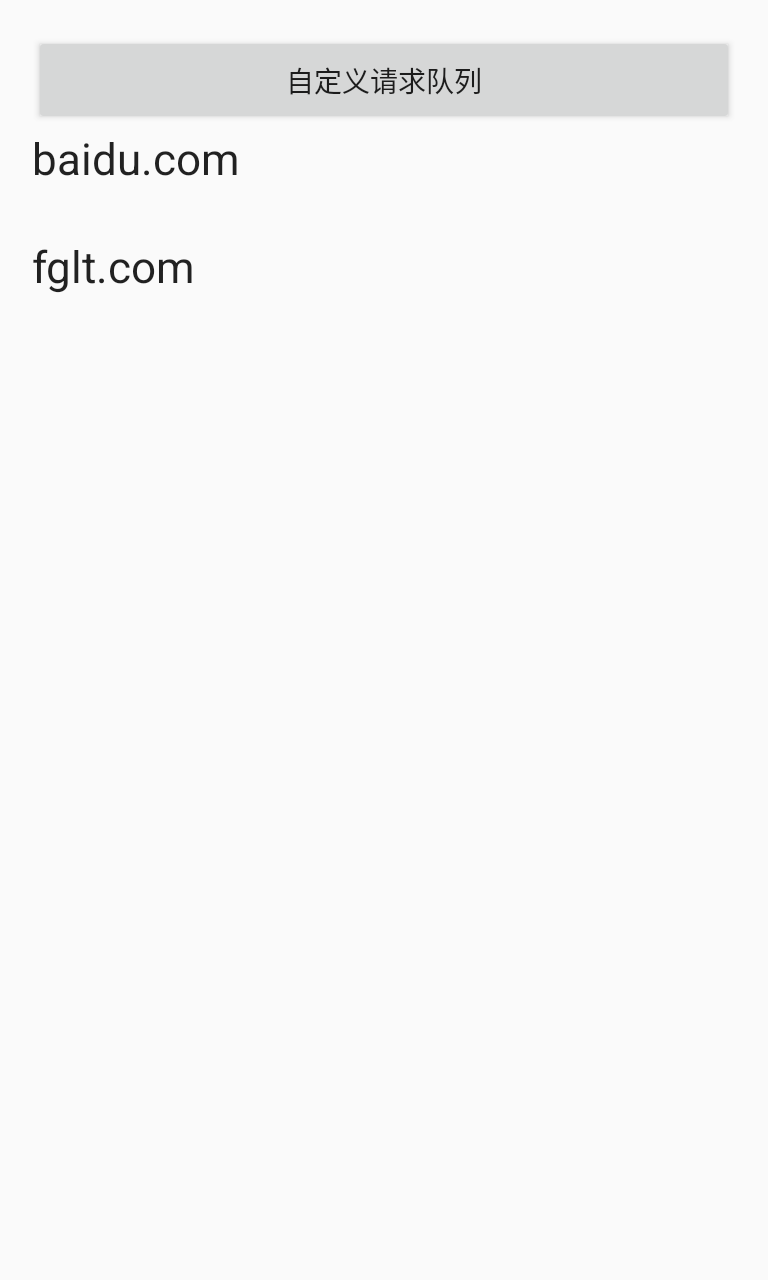
Repository: xiaoniao/home
Layout: android_training/VolleyTraing/res/layout/activity_main.xml
An editor plug-in stored every save of this project. The layout is shown before and after the next save, followed by the edit.
It is drawn on a 768 x 1280 px phone screen (xhdpi) without system bars, with theme AppTheme; the app's code is not run.

Above is the layout before, as saved 2014-09-04 14:00:18.

### android_training/VolleyTraing/res/layout/activity_main.xml
<ScrollView xmlns:android="http://schemas.android.com/apk/res/android"
    xmlns:tools="http://schemas.android.com/tools"
    android:layout_width="match_parent"
    android:layout_height="wrap_content"
    android:paddingBottom="@dimen/activity_vertical_margin"
    android:paddingLeft="@dimen/activity_horizontal_margin"
    android:paddingRight="@dimen/activity_horizontal_margin"
    android:paddingTop="@dimen/activity_vertical_margin"
    tools:context="com.example.volleytraing.MainActivity" >

    <RelativeLayout
        android:layout_width="match_parent"
        android:layout_height="wrap_content" >

        <Button
            android:id="@+id/custombtn"
            android:layout_width="match_parent"
            android:layout_height="wrap_content"
            android:layout_alignParentTop="true"
            android:text="自定义请求队列" />

        <TextView
            android:id="@+id/textView1"
            android:layout_width="wrap_content"
            android:layout_height="wrap_content"
            android:layout_below="@id/custombtn"
            android:text="baidu.com"
            android:textAppearance="?android:attr/textAppearanceLarge" />

        <TextView
            android:id="@+id/textView2"
            android:layout_width="wrap_content"
            android:layout_height="wrap_content"
            android:layout_below="@+id/textView1"
            android:text=" "
            android:textAppearance="?android:attr/textAppearanceMedium" />

        <TextView
            android:id="@+id/textView3"
            android:layout_width="wrap_content"
            android:layout_height="wrap_content"
            android:layout_below="@+id/textView2"
            android:text="fglt.com"
            android:textAppearance="?android:attr/textAppearanceLarge" />

        <TextView
            android:id="@+id/textView4"
            android:layout_width="wrap_content"
            android:layout_height="wrap_content"
            android:layout_below="@+id/textView3"
            android:layout_marginTop="18dp"
            android:text=" "
            android:textAppearance="?android:attr/textAppearanceMedium" />
    </RelativeLayout>

</ScrollView>

Loaded but not shown: android_training/VolleyTraing/res/values/styles.xml (common file); android_training/VolleyTraing/res/values-v11/styles.xml (common file); android_training/VolleyTraing/res/values-v14/styles.xml (common file); android_training/VolleyTraing/res/values/dimens.xml (common file); android_training/VolleyTraing/res/values-w820dp/dimens.xml (common file)

After the next save:
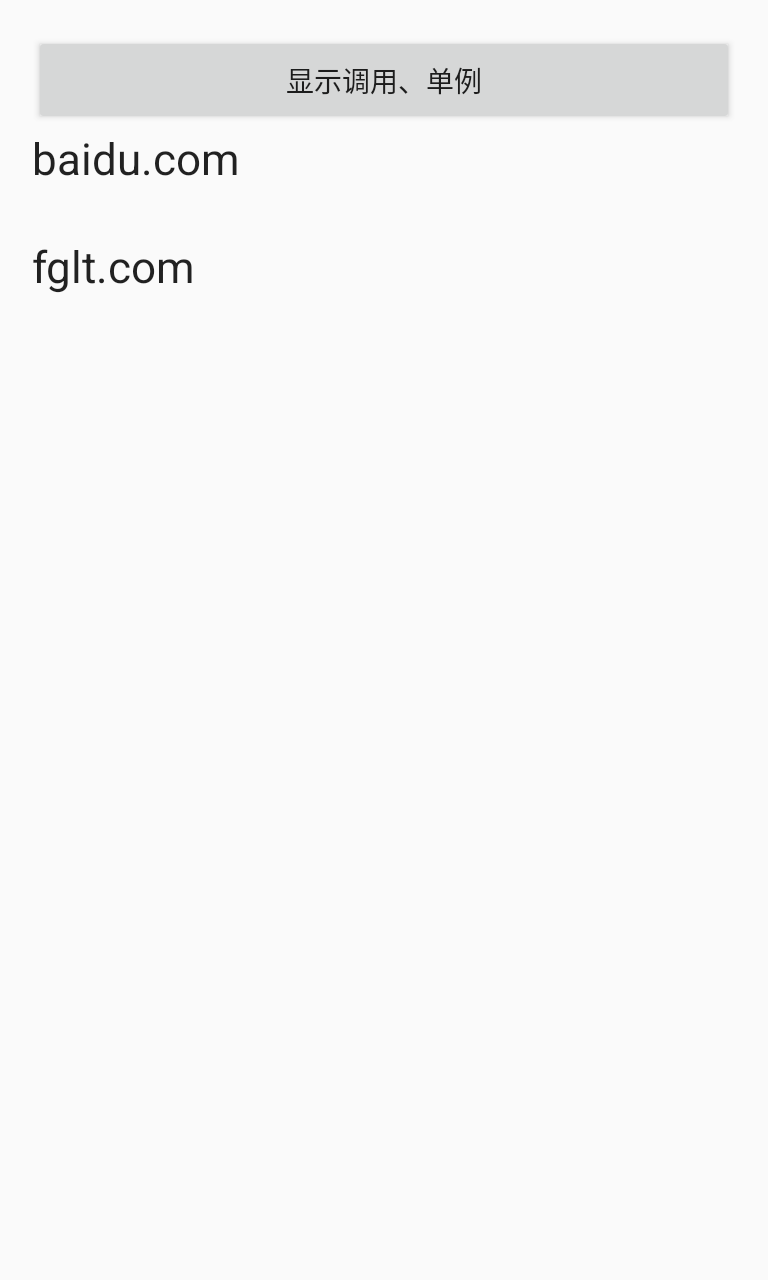
Saved 19 s later.
--- a/android_training/VolleyTraing/res/layout/activity_main.xml
+++ b/android_training/VolleyTraing/res/layout/activity_main.xml
@@ -17,7 +17,7 @@
             android:layout_width="match_parent"
             android:layout_height="wrap_content"
             android:layout_alignParentTop="true"
-            android:text="自定义请求队列" />
+            android:text="显示调用、单例" />
 
         <TextView
             android:id="@+id/textView1"
